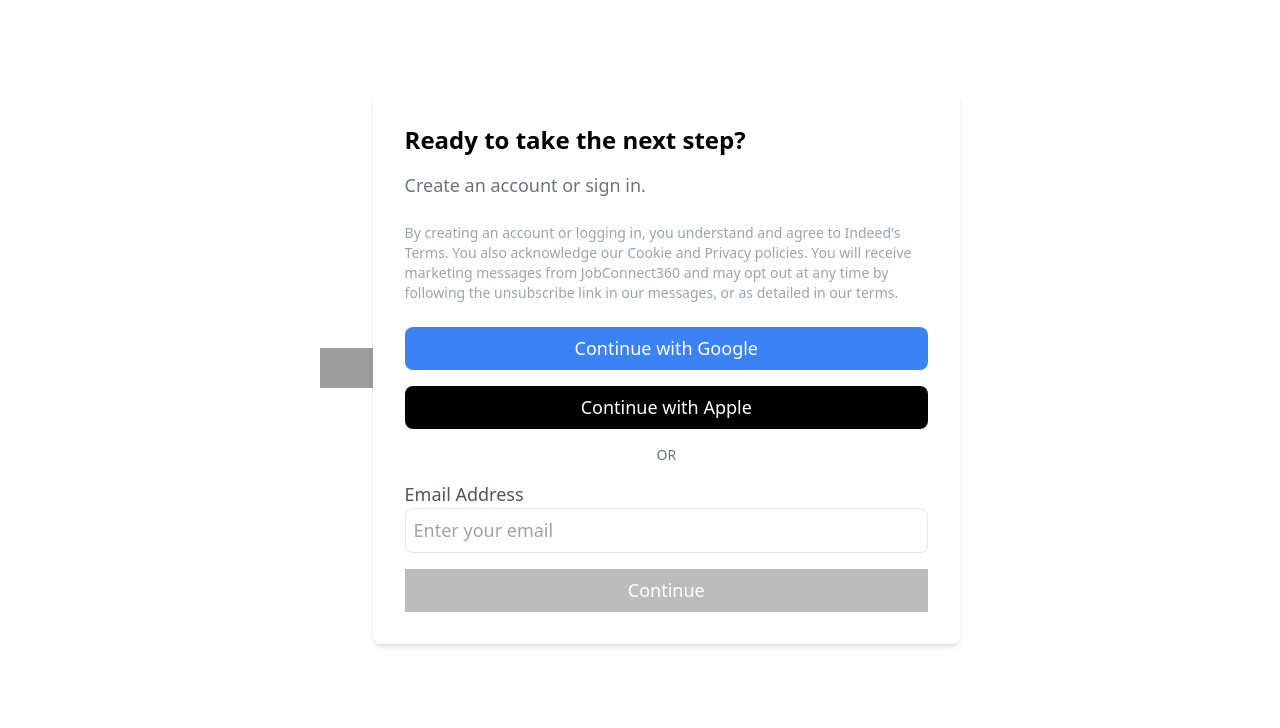
Repository: Temitech001/new-job
Page: /signin
An editor plug-in stored every save of this project. The page is shown before and after the next save, followed by the edit.
The browser window is 1280 px wide. The pictures show the whole page.
Pictures or frames that could not be fetched are drawn as grey boxes. The project was rebuilt for these pictures with package versions that can differ from the ones it lists, and the page was loaded fresh each time. Also part of the build but not shown: src/App.css, src/components/header/Header.jsx, src/components/jobSearch/Job.jsx, src/components/jobSearch/JobListing.jsx, src/App.js.

Above is the page before, as saved 2023-08-22 02:11:26.

After the next save:
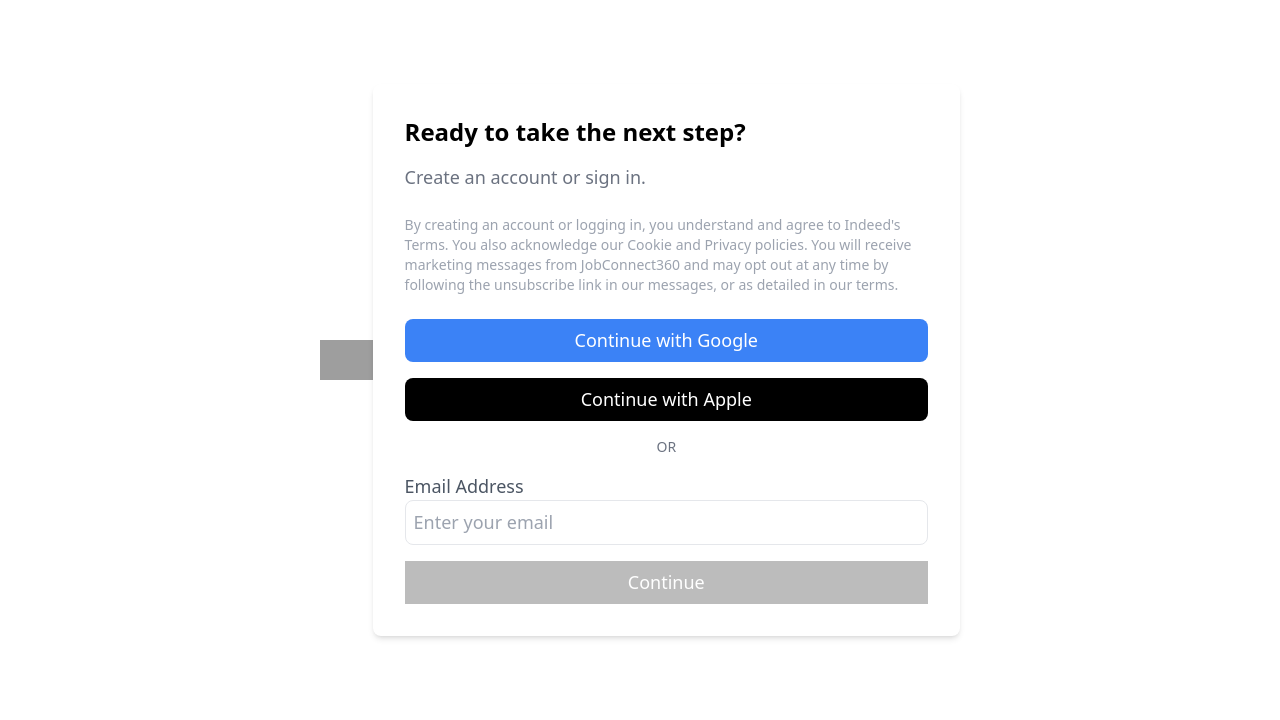
Saved 9 s later.
--- a/src/components/jobSearch/signIn/SignIn.jsx
+++ b/src/components/jobSearch/signIn/SignIn.jsx
@@ -20,7 +20,7 @@ const SignIn = () => {
   const isButtonActive = !!email;
 
   return (
-    <div className="flex justify-center items-center h-screen w-2/4 mx-auto mt-2">
+    <div className="flex justify-center items-center h-screen w-2/4 mx-auto">
          <Link to="/" className="text-xl font-semibold text-blue-600">
           <img width="200px"
             src={process.env.PUBLIC_URL+`360.png`}
